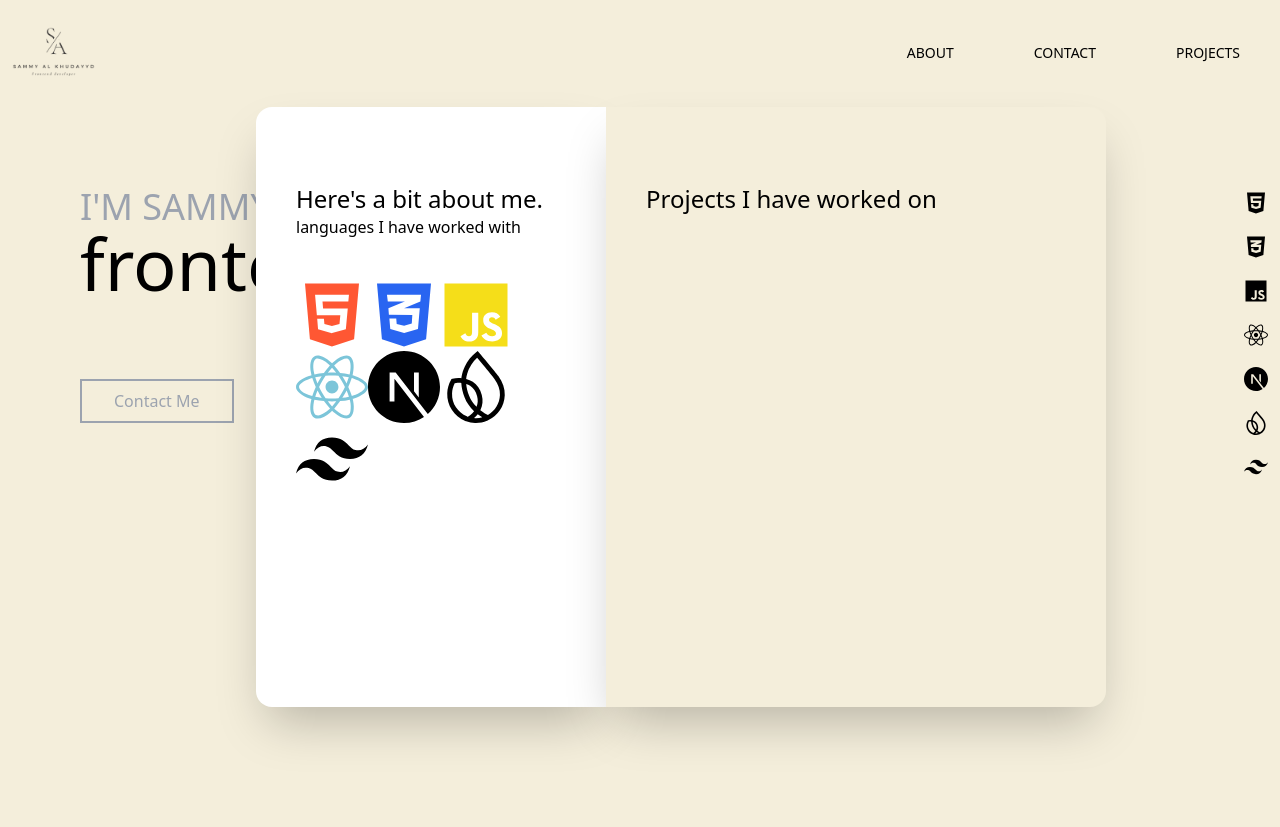
Repository: Al123Kudayyd/myportfolio
Page: /
The author's editor kept a copy of each file at every save. The page is drawn from the files as they stood at one save, then again after the next save.
The browser window is 1280 px wide. The pictures show the whole page.
The project was rebuilt for these pictures with package versions that can differ from the ones it lists, and the page was loaded fresh each time. Also part of the build but not shown: src/components/model.js.

Above is the page before, as saved 2024-02-21 14:07:36.

### src/App.js
import Main from './components/Main';
import Nav from './components/Nav';
import Model from './components/Model'


function App() {
  return (
    <div className=" ">
      <Nav />
      <Main />

    </div>
  );
}

export default App;

### src/components/Main.jsx
import React, { useState } from 'react'
import Model from './Model'
import { LiaTimesSolid } from "react-icons/lia";
import { FaHtml5, FaReact } from "react-icons/fa";
import { FaCss3Alt } from "react-icons/fa6";
import { IoLogoJavascript } from "react-icons/io5";
import { SiNextdotjs } from "react-icons/si";
import { SiFirebase } from "react-icons/si";
import { SiTailwindcss } from "react-icons/si";
import Projects from './Projects';


function Main() {
    const [openModal, setOpenModal] = useState(false)
  return (
    <div className='relative'>
    <div className='bg-[#f4eedb] relative h-screen'>
        <div className='-z-10 pl-20 pt-20 '>
            <h1 className=''><span className='text-gray-400 font-extralight text-4xl'>I'M SAMMY AND I'M A</span>
            <br /><span className='text-7xl'>frontend developer.</span></h1>
            <button className='mt-20 border-gray-400 border-2 text-gray-400 py-2 px-8 hover:bg-gray-400 hover:text-[#f4eedb]
            transition-all duration-300'
            onClick={() => setOpenModal(true)}>
                Contact Me</button>
        </div>

    </div>
    {
        openModal && <Model btn={<LiaTimesSolid onClick={() => setOpenModal(false)} />} />
    }
    <div className='absolute top-[10%] right-0 text-2xl space-y-5 m-3'>
            <FaHtml5 />
            <FaCss3Alt />
            <IoLogoJavascript />
            <FaReact />
            <SiNextdotjs />
            <SiFirebase />
            <SiTailwindcss />
        </div>
        <Projects className='' />
    </div>
  )
}

export default Main

### src/components/Nav.jsx
import React from 'react'
import logo from '../assets/logo.png'
import { LiaBarsSolid } from "react-icons/lia";

function Nav({ }) {
  return (
    <div className='bg-[#f4eedb] relative'>
        <div className='flex justify-between items-center'>
            <img src={logo} className="w-[20%] md:w-1/12 " />
            <LiaBarsSolid className='sm:hidden text-3xl mr-5 hover:text-gray-400 cursor-pointer active:scale-[.85] transition-all duration-300' />
            <ul className='hidden sm:flex font-extralight text-sm '>
                <li className='px-10 cursor-pointer hover:text-gray-400 transition-all duration-300'>ABOUT</li>
                <li className='px-10 cursor-pointer hover:text-gray-400 transition-all duration-300'>CONTACT</li>
                <li className='px-10 cursor-pointer hover:text-gray-400 transition-all duration-300'>PROJECTS</li>
            </ul>
        </div>



    </div>
  )
}

export default Nav

### src/components/Projects.jsx
import React from 'react'
import { FaHtml5, FaReact } from "react-icons/fa";
import { FaCss3Alt } from "react-icons/fa6";
import { IoLogoJavascript } from "react-icons/io5";
import { SiNextdotjs } from "react-icons/si";
import { SiFirebase } from "react-icons/si";
import { SiTailwindcss } from "react-icons/si";

function Projects() {
  return (
    <div className='absolute top-0 left-[20%]'>
        <div className='flex justify-center items-center'>
            <div className='shadow-2xl bg-white w-[350px] h-[600px] rounded-l-2xl'>
                <div className='px-[40px] py-[76px]'>
                    <h1 className='text-2xl'>Here's a bit about me.</h1>
                    <h3 className='text-md '>languages I have worked with</h3>
                    <div className='flex flex-wrap my-10 text-7xl '>
                        <FaHtml5 className='text-[#FF5733]' />
                        <FaCss3Alt className='text-[#2965F1]' />
                        <IoLogoJavascript className='text-[#F5DE19]' />
                        <FaReact className='text-[#7CC5D9]' />
                        <SiNextdotjs className='' />
                        <SiFirebase />
                        <SiTailwindcss />
                    </div>
                </div>

            </div>
            <div className='shadow-2xl bg-[#f4eedb] w-[500px] h-[600px] rounded-r-2xl '>
                <div className='px-[40px] py-[76px]'>
                    <h1 className='text-2xl'>Projects I have worked on</h1>
                </div>

            </div>
        </div>
    </div>
  )
}

export default Projects

### tailwind.config.js
/** @type {import('tailwindcss').Config} */
module.exports = {
  content: [
    "./src/components/Nav.{js,jsx,ts,tsx}",
    "./src/components/Main.{js,jsx,ts,tsx}",
    "./src/components/App.{js,jsx,ts,tsx}",
    "./src/components/Model.{js,jsx,ts,tsx}",
    "./src/components/Projects.{js,jsx,ts,tsx}"
  ],
  theme: {
    extend: {},
  },
  plugins: [],
}

Loaded but not shown: public/index.html (common file); src/index.js (common file); src/index.css (common file); src/reportWebVitals.js (common file)

After the next save:
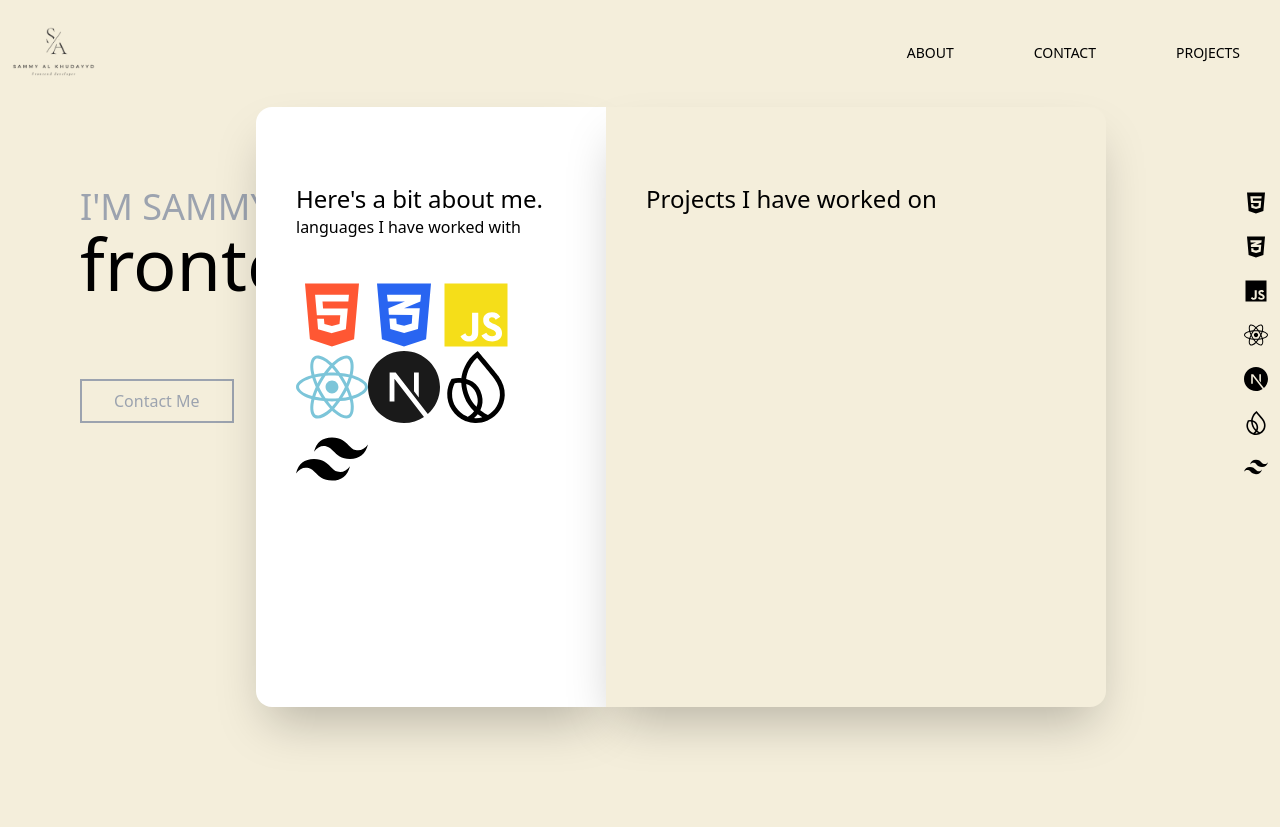
Saved 23 s later.
--- a/src/components/Projects.jsx
+++ b/src/components/Projects.jsx
@@ -19,7 +19,7 @@ function Projects() {
                         <FaCss3Alt className='text-[#2965F1]' />
                         <IoLogoJavascript className='text-[#F5DE19]' />
                         <FaReact className='text-[#7CC5D9]' />
-                        <SiNextdotjs className='' />
+                        <SiNextdotjs className='text-[#1a1a1a]' />
                         <SiFirebase />
                         <SiTailwindcss />
                     </div>
